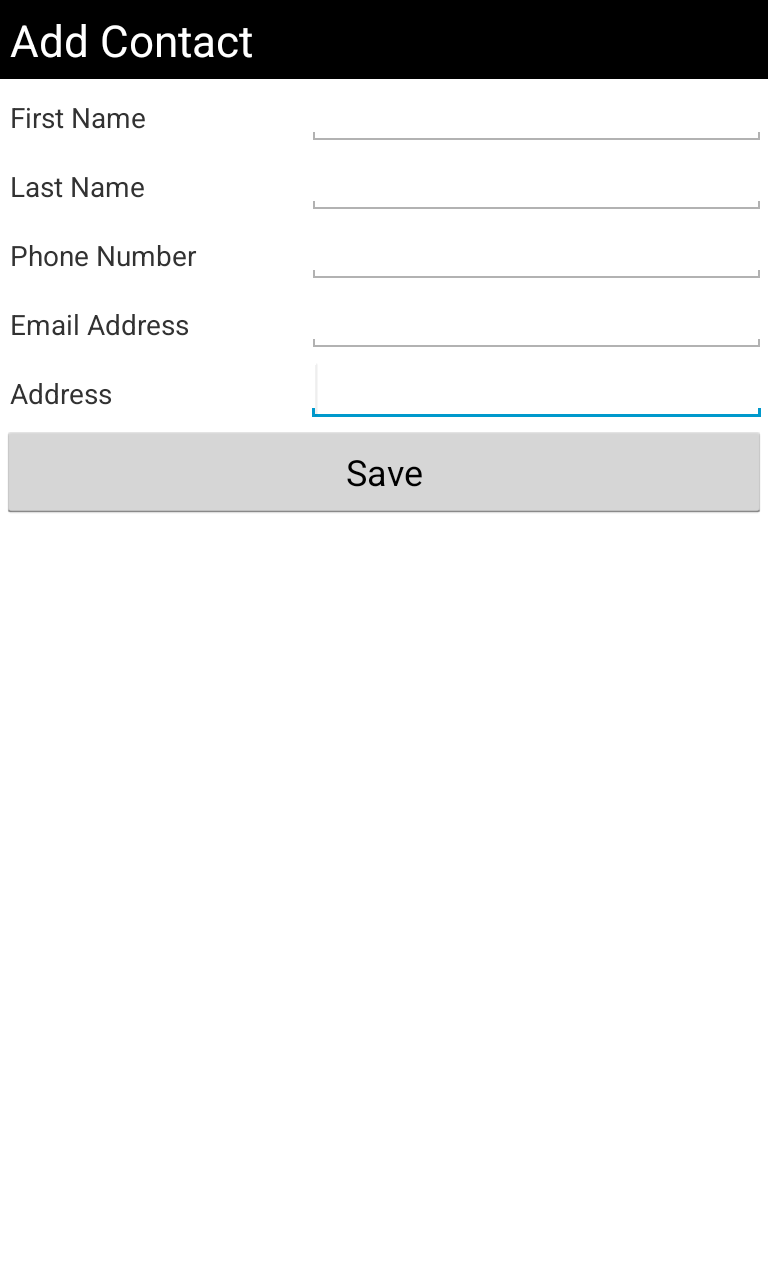
Repository: oscarhe/android-practices
Layout: AddressBookApp/res/layout/edit_contact.xml
The author's editor kept a copy of each file at every save. The layout is drawn from the files as they stood at one save, then again after the next save.
It is drawn on a 768 x 1280 px phone screen (xhdpi) without system bars, with theme AppTheme; the app's code is not run.

Above is the layout before, as saved 2013-07-01 20:49:15.

After the next save:
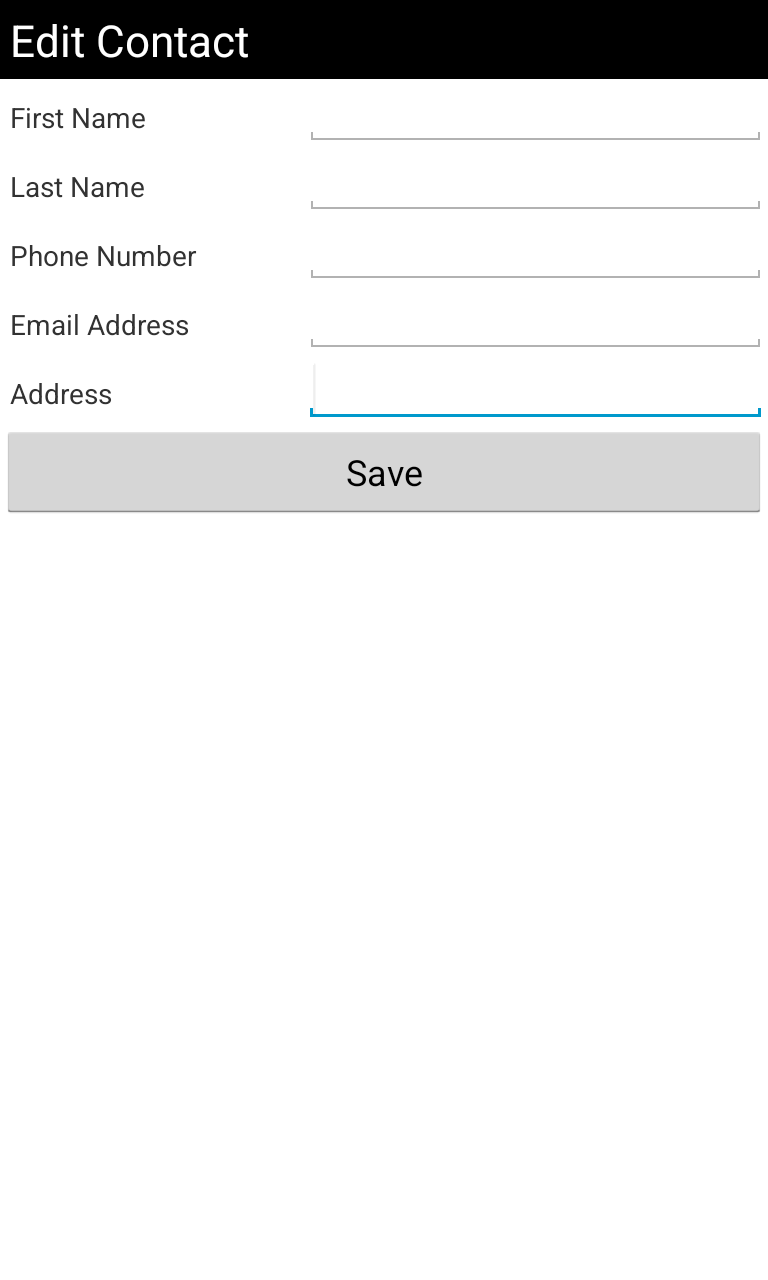
Saved 38 s later.
--- a/AddressBookApp/res/layout/edit_contact.xml
+++ b/AddressBookApp/res/layout/edit_contact.xml
@@ -14,9 +14,9 @@
             android:layout_width="match_parent"
             android:layout_height="wrap_content"
             android:padding="@dimen/padding_5dp"
+            android:text="@string/edit_contact_title"
             android:textAppearance="?android:attr/textAppearanceLarge"
-            android:textColor="#FFF"
-            android:text="@string/add_contact" />
+            android:textColor="#FFF" />
 
     </TableRow>
 
